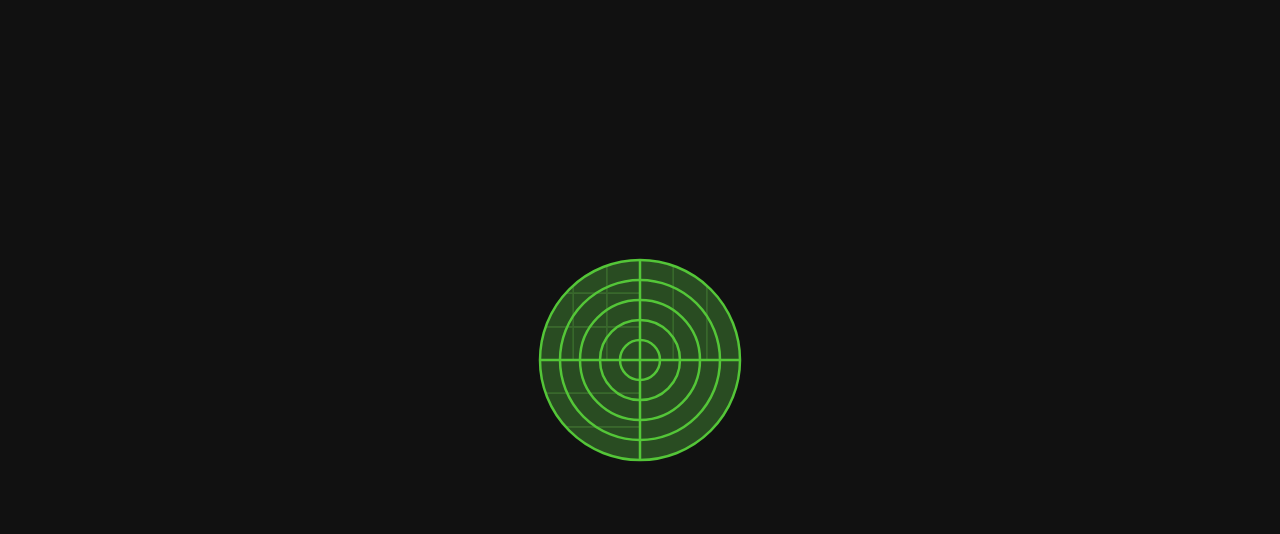
Repository: pedro-mancano/ProjetoCDM204
Page: scripts/radar.html
The author's editor kept a copy of each file at every save. The page is drawn from the files as they stood at one save, then again after a run of saves.
The browser window is 1280 px wide. The pictures show the whole page.

Above is the page before, as saved 2024-11-27 08:44:02.

After the next 2 saves:
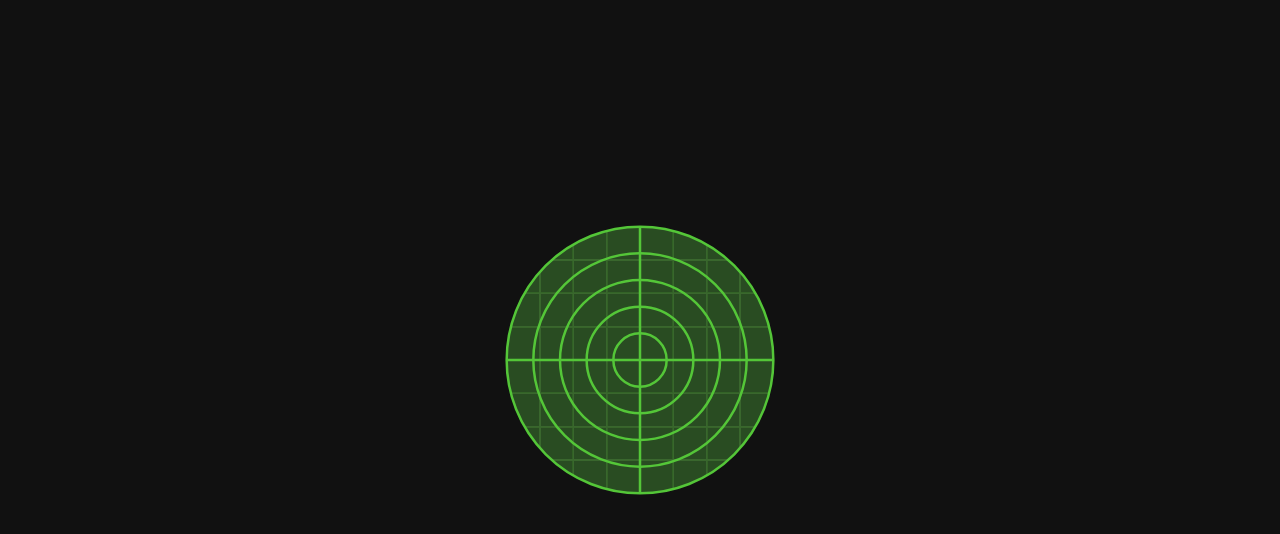
The 2 saves are shown as one change because they came seconds apart.
The last was saved 6 s later.
--- a/scripts/radar.js
+++ b/scripts/radar.js
@@ -7,7 +7,7 @@ function draw(elapsed) {
 
   const height = canvas.height;
   const width = canvas.width;
-  const r = canvas.height / 4;
+  const r = canvas.height / 3;
   const R = canvas.height / 2;
 
 
@@ -24,11 +24,11 @@ function draw(elapsed) {
     for (let j = 0; j < 2 * R; j += R / 6) {
       ctx.beginPath();
       ctx.moveTo(i, 0);
-      ctx.lineTo(i, 2 * r);
+      ctx.lineTo(i, 2 * R);
       ctx.stroke();
       ctx.beginPath();
       ctx.moveTo(0, j);
-      ctx.lineTo(2 * r, j);
+      ctx.lineTo(2 * R, j);
       ctx.stroke();
     }
   }
